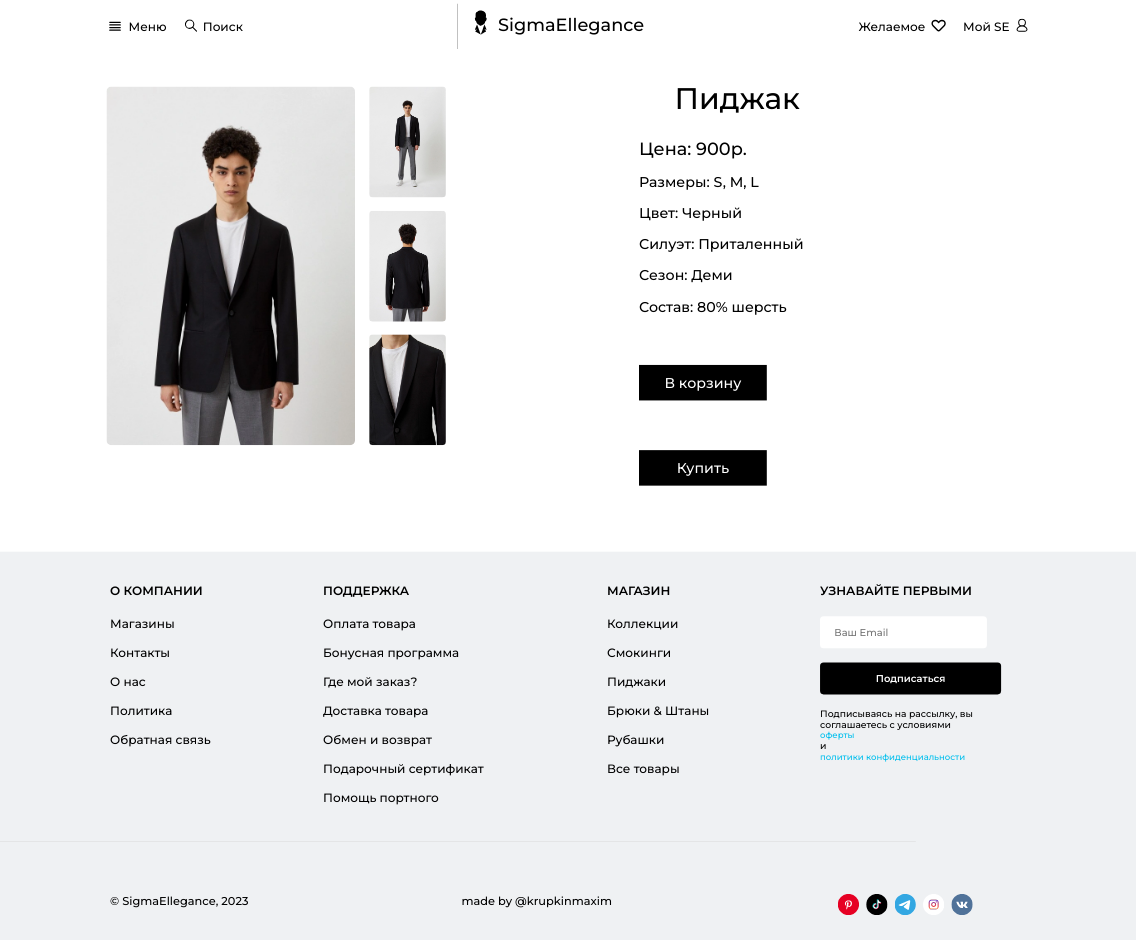
Repository: MaksimKrupkin/SigmaEllegance
Page: /opengoodspage
An editor plug-in stored every save of this project. The page is shown before and after the next save, followed by the edit.
The browser window is 1280 px wide. The page is 1600 px wide, so the pictures cover 1600 px, including what lies to the right of the window. The pictures show the whole page, at 71% of full size.
Some web fonts or font styles are not loaded; a fallback is used. The project was rebuilt for these pictures with package versions that can differ from the ones it lists, and the page was loaded fresh each time. Also part of the build but not shown: src/Components/SideBar/SideBar.module.css, src/Components/SideBar/SideBar.jsx, src/Pages/HomePage.module.css, src/Components/SliderWrapper/SliderWrapper.module.css, src/Components/SliderCard/SliderCard.module.css, src/Components/SliderCard/SliderCard.jsx, src/Components/LeftArrow/LeftArrow.module.css, src/Components/LeftArrow/LeftArrow.jsx and 20 more.

Above is the page before, as saved 2023-12-13 13:17:08.

### public/index.html
<!DOCTYPE html>
<html lang="en">
  <head>
    <meta charset="utf-8" />

    <meta name="viewport" content="width=device-width, initial-scale=1" />

    <link rel="preconnect" href="https://fonts.googleapis.com" />
    <link rel="preconnect" href="https://fonts.gstatic.com" crossorigin />
    <link
      href="https://fonts.googleapis.com/css2?family=Roboto:wght@400;500;700&display=swap"
      rel="stylesheet" />
    <link
      href="https://fonts.googleapis.com/css2?family=Montserrat:ital,wght@0,300;0,500;0,600;0,900;1,400;1,500&family=Roboto:wght@400;500;700&display=swap"
      rel="stylesheet" />
    <link rel="preconnect" href="https://fonts.googleapis.com" />
    <link rel="preconnect" href="https://fonts.gstatic.com" crossorigin />
    <link
      href="https://fonts.googleapis.com/css2?family=Montserrat:wght@300&family=Roboto:wght@400;500;700&display=swap"
      rel="stylesheet" />
    <link href="https://fonts.cdnfonts.com/css/montserrat" rel="stylesheet" />
    <title>SigmaEllegance</title>
  </head>
  <body>
    <div id="root"></div>
  </body>
</html>

### src/index.js
import React from 'react';
import ReactDOM from 'react-dom/client';
import App from './App';
import { BrowserRouter } from 'react-router-dom';
const root = ReactDOM.createRoot(document.getElementById('root'));
root.render(
  <React.StrictMode>
    <BrowserRouter>
      <App />
    </BrowserRouter>
  </React.StrictMode>,
);

### src/App.js
import Header from './Components/Header/Header';
import HomePage from './Pages/HomePage';
import styles from './App.module.css';
import GoodsPage from './Pages/GoodsPage/GoodsPage';
import OpenGoodPage from './Pages/OpenGoodPage/OpenGoodPage';
import Footer from './Components/Footer/Footer';
import { BrowserRouter, Route, Routes } from 'react-router-dom';
import AboutUs from './Pages/AboutUs/AboutUs';
import SearchPage from './Pages/SearchPage/SearchPage';
import React from 'react';
import { useState } from 'react';
import { useParams } from 'react-router-dom';
function App() {
  const { category } = useParams();
  return (
    <div className={styles.container}>
      <Header />
      <Routes>
        <Route path="/" element={<HomePage />} />
        <Route path="/goodspage/" element={<GoodsPage />} />
        <Route path="/goodspage/:category" element={<GoodsPage />} />
        <Route path="/goodspage/:category:id" element={<GoodsPage />} />
        <Route path="/opengoodspage" element={<OpenGoodPage />} />
        <Route path="/aboutUsPage" element={<AboutUs />} />
        <Route path="/searchPage" element={<SearchPage />} />
      </Routes>

      <Footer />
    </div>
  );
}

export default App;

### src/Components/Header/Header.jsx
import React from 'react';
import { useState } from 'react';
import { Link } from 'react-router-dom';
import styles from './Header.module.css';
import logo from '../../assets/img/logo.svg';
import icon1 from '../../assets/img/Icon1.svg';
import icon2 from '../../assets/img/icon2.svg';
import icon3 from '../../assets/img/icon3.svg';
import icon4 from '../../assets/img/icon4.svg';
import SideBar from '../SideBar/SideBar';

function Header() {
  const [toggleMenu, setToggleMenu] = useState(false);
  const HandleToggle = () => {
    setToggleMenu(!toggleMenu);
  };
  console.log(toggleMenu);
  return (
    <header className={styles.header}>
      <div className={styles.left_part}>
        <div onClick={HandleToggle} className={styles.menu}>
          <img className={styles.icon1} src={icon1} alt="" />
          <p>Меню</p>
        </div>
        {toggleMenu && <SideBar HandleToggle={HandleToggle} />}

        <Link to="/searchPage" className={styles.search}>
          <img className={styles.icon2} src={icon2} alt="" />
          <p>Поиск</p>
        </Link>
      </div>
      <Link to="/" className={styles.logo_part}>
        <img className={styles.logo} src={logo} alt="" />
        <p>SigmaEllegance</p>
      </Link>
      <div className={styles.right_part}>
        <a className={styles.liked}>
          <p>Желаемое</p>
          <img className={styles.icon3} src={icon3} alt="" />
        </a>
        <a className={styles.purchases}>
          <p>Мой SE</p>
          <img className={styles.icon4} src={icon4} alt="" />
        </a>
      </div>
    </header>
  );
}

export default Header;

### src/App.module.css
body {
  font-family: 'Montserrat', sans-serif;
  display: block;
  margin: 0 auto;
  padding: 0;
  width: 100%;
  position: relative;
  overflow-x: hidden;
}
.container {
  width: 1600px;
  display: block;
  margin: 0 auto;
}

*,
*::before,
*::after {
  box-sizing: border-box;
}

/* Links */

a,
a:link,
a:visited {
  text-decoration: none;
}

a:hover {
  text-decoration: none;
}

/* Common */

aside,
nav,
header,
section,
main {
  display: block;
}

h1,
h2,
h3,
h4,
h5,
h6,
p {
  font-size: inherit;
  font-weight: inherit;
}

ul,
ul li {
  list-style: none;
}

img {
  vertical-align: top;
}

img,
svg {
  max-width: 100%;
  height: auto;
}

address {
  font-style: normal;
}

/* Form */

input,
textarea,
button,
select {
  font-family: inherit;
  font-size: inherit;
  color: inherit;
  background-color: transparent;
}

input::-ms-clear {
  display: none;
}

button,
input[type='submit'] {
  display: inline-block;
  box-shadow: none;
  background-color: transparent;
  background: none;
  cursor: pointer;
}

input:focus,
input:active,
button:focus,
button:active {
  outline: none;
}

button::-moz-focus-inner {
  padding: 0;
  border: 0;
}

label {
  cursor: pointer;
}

legend {
  display: block;
}

### src/Pages/OpenGoodPage/OpenGoodPage.jsx
import React from 'react';
import styles from './OpenGoodPage.module.css';
import image1 from '../../assets/img/pidjac-3.webp';
import image2 from '../../assets/img/pidjac-3-1.webp';
import image3 from '../../assets/img/pidjac-3-2.webp';
import image4 from '../../assets/img/pidjac-3-3.webp';

export default function OpenGoodPage() {
  return (
    <div className={styles.good_container}>
      <div className={styles.images_wrapper}>
        <div className={styles.images}>
          <img className={styles.goods_image} src={image1} alt="" />

          <div className={styles.subimages}>
            <img className={styles.goods_subimage} src={image2} alt="" />
            <img className={styles.goods_subimage} src={image3} alt="" />
            <img className={styles.goods_subimage} src={image4} alt="" />
          </div>
        </div>
      </div>
      <div className={styles.information}>
        <div className={styles.type_about}>Пиджак</div>
        <span className={styles.price_about}>Цена: 900р.</span>
        <span className={styles.sizes}>Размеры: S, M, L</span>
        <span className={styles.color}>Цвет: Черный</span>
        <span className={styles.siluet}>Силуэт: Приталенный</span>
        <span className={styles.season}>Сезон: Деми</span>
        <span className={styles.sostav}>Состав: 80% шерсть</span>

        <a href="#" className={styles.tocarzina}>
          В корзину
        </a>
        <a href="#" className={styles.tobuy}>
          Купить
        </a>
      </div>
    </div>
  );
}

### src/Components/Footer/Footer.jsx
import React from 'react';
import icon1 from '../../assets/img/pint.svg';
import icon2 from '../../assets/img/TT.svg';
import icon3 from '../../assets/img/TG.svg';
import icon4 from '../../assets/img/IG.svg';
import icon5 from '../../assets/img/VK.svg';
import styles from './Footer.module.css';

export default function Footer() {
  return (
    <footer className={styles.footer}>
      <div className={styles.column_1}>
        <a className={styles.column_title}>О компании</a>
        <a className={styles.column_item}> Магазины</a>
        <a className={styles.column_item}>Контакты</a>
        <a className={styles.column_item}>О нас</a>
        <a className={styles.column_item}>Политика</a>
        <a className={styles.column_item}>Обратная связь</a>
      </div>
      <div className={styles.column_2}>
        <a className={styles.column_title}>Поддержка</a>
        <a className={styles.column_item}> Оплата товара</a>
        <a className={styles.column_item}>Бонусная программа</a>
        <a className={styles.column_item}>Где мой заказ?</a>
        <a className={styles.column_item}>Доставка товара</a>
        <a className={styles.column_item}>Обмен и возврат</a>
        <a className={styles.column_item}>Подарочный сертификат</a>
        <a className={styles.column_item}>Помощь портного</a>
      </div>
      <div className={styles.column_3}>
        <a className={styles.column_title}>Магазин</a>
        <a className={styles.column_item}> Коллекции</a>
        <a className={styles.column_item}>Смокинги</a>
        <a className={styles.column_item}>Пиджаки</a>
        <a className={styles.column_item}>Брюки & Штаны</a>
        <a className={styles.column_item}>Рубашки</a>
        <a className={styles.column_item}>Все товары</a>
      </div>
      <div className={styles.footer_form}>
        <div className={styles.footer_form_title}>Узнавайте первыми</div>
        <form action={styles.text}>
          <input className={styles.footer_form_email} type="text" placeholder="Ваш Email" />
        </form>
        <div className={styles.footer_button}>
          <div className={styles.footer_link}>Подписаться</div>
        </div>
        <div className={styles.policy}>
          Подписываясь на рассылку, вы соглашаетесь с условиями{' '}
          <a href="" className={styles.policy_link}>
            оферты
          </a>{' '}
          и <a className={styles.policy_link}>политики конфиденциальности</a>{' '}
        </div>
      </div>
      <div className={styles.footer_border}>
        <img src="/img/Border.svg" alt="" />
      </div>
      <div className={styles.sigma_corp}>© SigmaEllegance, 2023</div>
      <div className={styles.made_by}>made by @krupkinmaxim</div>
      <div className={styles.social_networks}>
        <img className={styles.pintrest} src={icon1} alt="" />
        <img className={styles.tik_tok} src={icon2} alt="" />
        <img className={styles.telegram} src={icon3} alt="" />
        <img className={styles.instagram} src={icon4} alt="" />
        <img className={styles.vk} src={icon5} alt="" />
      </div>
    </footer>
  );
}

### src/Components/Header/Header.module.css
.header {
  font-family: 'Montserrat', sans-serif;
  margin: 0 auto;
  width: 100%;
  height: 10vh;
  display: flex;
  justify-content: space-around;
  align-items: center;
}

.left_part {
  display: flex;
  justify-content: space-between;
  align-items: center;
  gap: 25px;
  color: #000;
  margin-bottom: -2px;

  font-family: Montserrat;
  font-size: 17px;
  font-style: normal;
  font-weight: 500;
  line-height: normal;
}
.menu {
  display: flex;
  justify-content: space-between;
  align-items: center;
  gap: 8px;
  cursor: pointer;
}
.menu:hover {
  color: rgb(80, 77, 77);
}
.icon1 {
  width: 22px;
  height: 22px;
  margin-bottom: 1px;
}
.search {
  display: flex;
  justify-content: space-between;
  align-items: center;
  gap: 8px;
  cursor: pointer;
  color: black;
}

.search:hover {
  color: rgb(80, 77, 77);
}
.icon2 {
  width: 18px;
  height: 18px;
  margin-bottom: 3px;
}

.logo_part {
  margin-bottom: 3px;
  display: flex;
  justify-content: space-between;
  align-items: center;

  color: #000;

  font-family: Montserrat;
  font-size: 25px;
  font-style: normal;
  font-weight: 400;
  line-height: normal;
  cursor: pointer;
}

.logo {
  width: 67.375px;
  height: 69.103px;
  flex-shrink: 0;
  margin-right: -10px;
}
.right_part {
  margin-bottom: -2px;
  display: flex;
  justify-content: space-between;
  align-items: center;
  gap: 23px;
  font-family: Montserrat;
  font-size: 17px;
  font-style: normal;
  font-weight: 500;
  line-height: normal;
}

.liked {
  display: flex;
  justify-content: space-between;
  align-items: center;
  gap: 8px;
  cursor: pointer;
}
.liked:hover {
  color: rgb(80, 77, 77);
}
.icon3 {
  width: 22px;
  height: 22px;
  margin-bottom: 3px;
}

.purchases {
  display: flex;
  justify-content: space-between;
  align-items: center;
  gap: 8px;
  cursor: pointer;
}
.purchases:hover {
  color: rgb(80, 77, 77);
}

.icon4 {
  width: 19px;
  height: 19px;
  margin-bottom: 3px;
}

### src/Pages/OpenGoodPage/OpenGoodPage.module.css
.pidjaci_title {
  text-align: center;
  margin-top: 20px;
  font-size: 40px;
  text-transform: uppercase;
}
.good_container {
  width: 1200px;
  margin: 150px;
  margin-right: 140px;
  margin-top: 50px;

  display: flex;
  justify-content: space-between;
  gap: 30px;
  flex-wrap: wrap;
}

.type {
  color: #000000;
}
.images {
  width: 750px;
  display: flex;
  gap: 20px;
}

.images_wrapper {
  display: inline-block;
  width: 750px;
}
.goods_image {
  max-width: 350px; /* Adjust the size as needed */
  height: auto; /* Maintain aspect ratio */
  border-radius: 7px;
}

.goods_subimage {
  max-width: 108px; /* Adjust the size as needed */
  height: auto; /* Maintain aspect ratio */
  border-radius: 5px;
}

.subimages {
  width: 150px;
  display: flex;
  flex-direction: column;
  justify-content: space-between;
}

.information {
  margin-top: -20px;
  position: absolute;
  left: 900px;
  display: inline-block;
}
.type_about {
  font-size: 42px;
  margin-top: 10px;
  margin-left: 50px;
  margin-bottom: 30px;
  position: relative;
}
.price_about {
  margin-top: 20px;
  margin-left: 0;
  display: block;
  font-weight: 500;
  font-size: 25px;
}
.sizes {
  margin-top: 20px;
  margin-left: 0;
  display: block;
  font-weight: 500;
  font-size: 20px;
}
.sostav {
  margin-top: 20px;
  margin-left: 0;
  display: block;
  font-weight: 500;
  font-size: 20px;
}
.color {
  margin-top: 20px;
  margin-left: 0;
  display: block;
  font-weight: 500;
  font-size: 20px;
}
.season {
  margin-top: 20px;
  margin-left: 0;
  display: block;
  font-weight: 500;
  font-size: 20px;
}
.tocarzina {
  margin-top: 70px;
  margin-right: 30px;
  text-align: center;
  display: inline-block;
  height: 50px;
  line-height: 50px;
  width: 180px;
  font-size: 20px;
  text-decoration: none;
  color: white;
  background-color: #000000;
  transition: all 0.2s ease;
}
.tocarzina:hover,
.tobuy:hover {
  color: rgb(0, 0, 0);
  background-color: #dfcabb;
}
.tobuy {
  margin-top: 70px;
  display: inline-block;
  height: 50px;
  line-height: 50px;
  width: 180px;
  font-size: 20px;
  text-decoration: none;
  color: white;
  background-color: #000000;
  padding-left: 20px;
  padding-right: 20px;
  text-align: center;
  transition: all 0.2s ease;
}
.siluet {
  margin-top: 20px;
  margin-left: 0;
  display: block;
  font-weight: 500;
  font-size: 20px;
}

.card-black-link {
  color: #000000;
}

### src/Components/Footer/Footer.module.css
.footer {
  background-color: #eff1f3;
  width: 1600px;
  height: 547px;
  position: absolute;
  overflow-y: hidden;
}
a {
  display: block;
}

.column_1 {
  position: absolute;
  top: 45px;
  left: 155px;
}

.column_2 {
  position: absolute;
  top: 45px;
  left: 455px;
}

.column_3 {
  position: absolute;
  top: 45px;
  left: 855px;
}
.column_title {
  font-style: normal;
  font-weight: 600;
  font-size: 17px;
  line-height: 21px;
  text-transform: uppercase;
  color: #000000;
  margin-bottom: 25px;
}

.column_item {
  font-family: 'Montserrat';
  font-style: normal;
  font-weight: 400;
  font-size: 17px;
  line-height: 21px;
  color: #000000;
  margin-bottom: 20px;
  cursor: pointer;
}

.footer_form {
  position: absolute;
  top: 45px;
  left: 1155px;
}

.footer_form_title {
  font-style: normal;
  font-weight: 600;
  font-size: 17px;
  line-height: 21px;
  text-transform: uppercase;
  color: #000000;
  margin-bottom: 25px;
}
.footer {
  opacity: 1;
}
.footer_form_email {
  width: 235px;
  height: 45px;
  background-color: white;
  border: none;
  border-radius: 5px;
  font-style: normal;
  font-weight: 400;
  font-size: 14px;
  line-height: 17px;
  padding-left: 20px;
  color: rgba(0, 0, 0, 0.4);
}
.footer_form_email:focus {
  border: 2px solid black;
}

.footer_button {
  margin-top: 20px;
  margin-bottom: 20px;
  width: 255px;
  background-color: #000000;
  border-radius: 5px;
  text-align: center;
  font-style: normal;
  font-weight: 600;
  font-size: 14px;
  line-height: 45px;
  color: #ffffff;
  cursor: pointer;
}
.footer_link {
  color: #ffffff;
}

.policy {
  width: 254px;
  font-style: normal;
  font-weight: 400;
  font-size: 13px;
  line-height: 15px;
  color: #000000;
}
.policy_link {
  font-style: normal;
  font-weight: 400;
  font-size: 12px;
  line-height: 15px;
  color: #00bfed;
}

.footer_border {
  position: absolute;
  bottom: 120px;
}

.sigma_corp {
  position: absolute;
  left: 155px;
  bottom: 45px;

  font-weight: 500;
}

.made_by {
  position: absolute;
  left: 650px;
  bottom: 45px;
  font-weight: 500;
}

.social_networks {
  position: absolute;
  left: 1180px;
  bottom: 35px;
}
.pintrest {
  width: 30px;
  height: 30px;
  margin-right: 10px;
  transition: all 0.1s ease-in;
  cursor: pointer;
}
.pintrest:hover {
  width: 35px;
  height: 35px;
  transform: translateY(-3px);
}
.tik_tok {
  width: 30px;
  height: 30px;
  margin-right: 10px;
  transition: all 0.1s ease-in;
  cursor: pointer;
}
.tik_tok:hover {
  width: 35px;
  height: 35px;
  transform: translateY(-3px);
}
.telegram {
  width: 30px;
  height: 30px;
  margin-right: 10px;
  transition: all 0.1s ease-in;
  cursor: pointer;
}
.telegram:hover {
  width: 35px;
  height: 35px;
  transform: translateY(-3px);
}
.instagram {
  width: 30px;
  height: 30px;
  margin-right: 10px;
  transition: all 0.1s ease-in;
  cursor: pointer;
}
.instagram:hover {
  width: 35px;
  height: 35px;
  transform: translateY(-3px);
}
.vk {
  width: 30px;
  height: 30px;
  margin-right: 10px;
  transition: all 0.1s ease-in;
  cursor: pointer;
}
.vk:hover {
  width: 35px;
  height: 35px;
  transform: translateY(-3px);
}

After the next save:
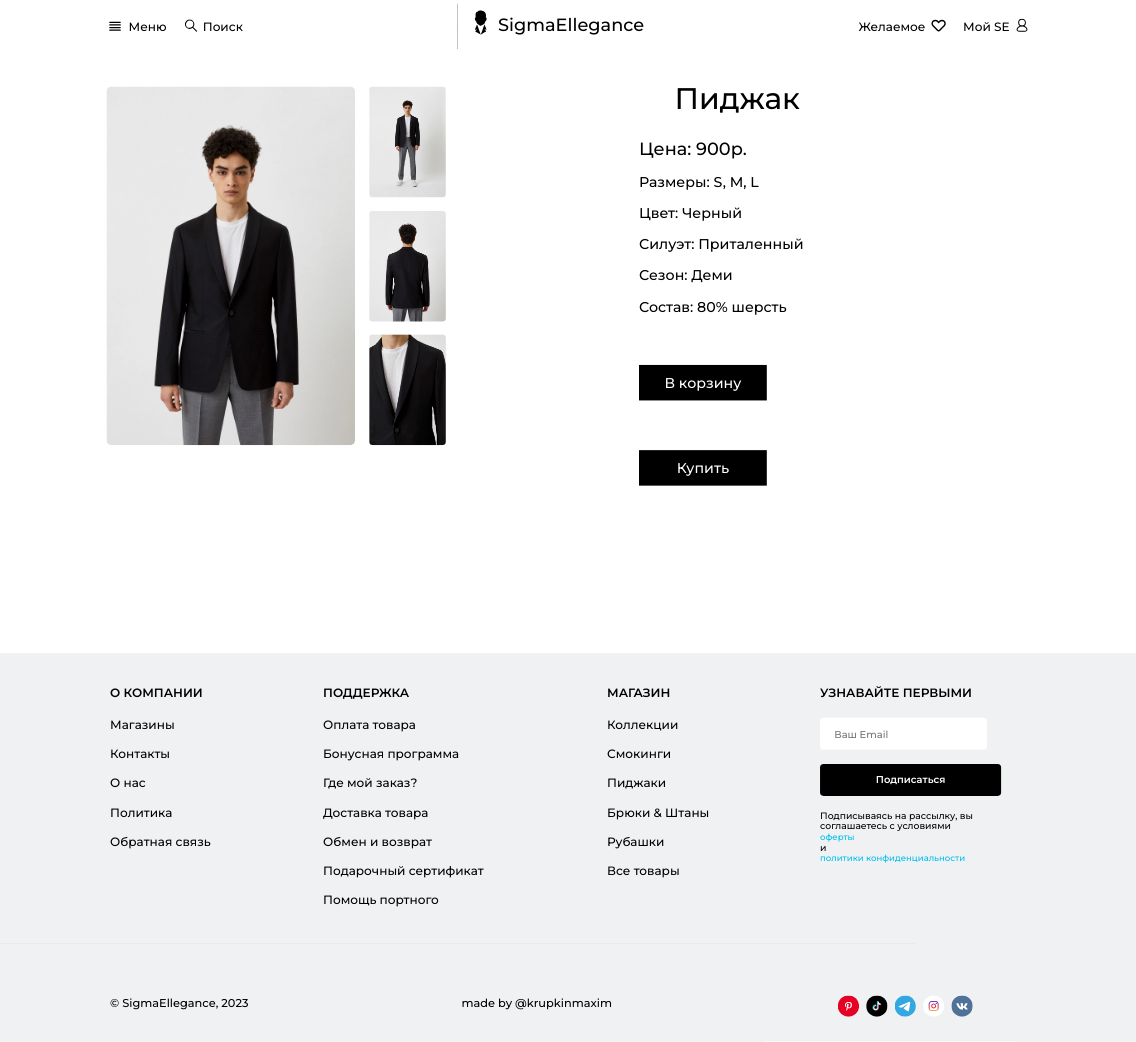
Saved 51 s later.
--- a/src/Pages/OpenGoodPage/OpenGoodPage.module.css
+++ b/src/Pages/OpenGoodPage/OpenGoodPage.module.css
@@ -9,7 +9,7 @@
   margin: 150px;
   margin-right: 140px;
   margin-top: 50px;
-
+  min-height: 90vh;
   display: flex;
   justify-content: space-between;
   gap: 30px;
